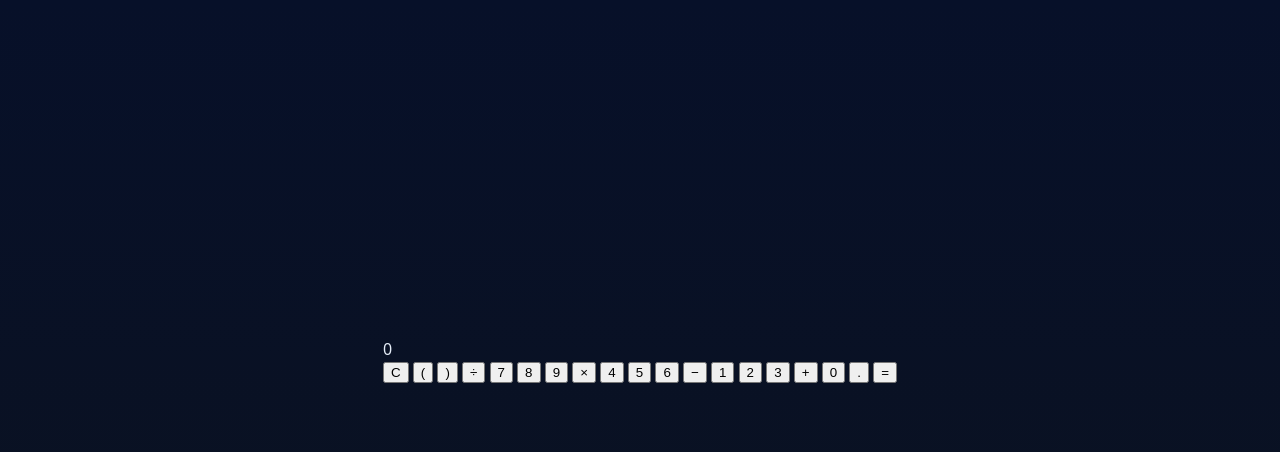
Repository: ShagunTomar2024/Frontend
Page: html/assignments/assignment2/index.html
An editor plug-in stored every save of this project. The page is shown before and after the next save, followed by the edit.
The browser window is 1280 px wide. The pictures show the whole page.

Above is the page before, as saved 2025-09-10 11:49:38.

### html/assignments/assignment2/index.html
<!doctype html>
<html lang="en">
<head>
<meta charset="utf-8" />
<meta name="viewport" content="width=device-width,initial-scale=1" />
<title>Grid Calculator UI (Demo)</title>
<link rel="stylesheet" href="style.css">
</head>
<body>

<div class="calculator" role="application" aria-label="Calculator">
  <div id="display" class="display" aria-live="polite">0</div>

  <!-- Row 1 -->
  <button class="btn clear" data-value="C" aria-label="Clear (C)">C</button>
  <button class="btn" data-value="(" aria-label="Left Parenthesis">(</button>
  <button class="btn" data-value=")" aria-label="Right Parenthesis">)</button>
  <button class="btn op" data-value="/" aria-label="Divide">÷</button>

  <!-- Row 2 -->
  <button class="btn" data-value="7">7</button>
  <button class="btn" data-value="8">8</button>
  <button class="btn" data-value="9">9</button>
  <button class="btn op" data-value="*" aria-label="Multiply">×</button>

  <!-- Row 3 -->
  <button class="btn" data-value="4">4</button>
  <button class="btn" data-value="5">5</button>
  <button class="btn" data-value="6">6</button>
  <button class="btn op" data-value="-" aria-label="Minus">−</button>

  <!-- Row 4 -->
  <button class="btn" data-value="1">1</button>
  <button class="btn" data-value="2">2</button>
  <button class="btn" data-value="3">3</button>
  <button class="btn op" data-value="+" aria-label="Plus">+</button>

  <!-- Row 5 -->
  <button class="btn span-2" data-value="0">0</button>
  <button class="btn" data-value=".">.</button>
  <button class="btn equal" data-value="=" aria-label="Equals">=</button>
</div>

</body>
</html>

### html/assignments/assignment2/style.css
 :root{
    --bg:#0f172a; --panel:#0b1220; --accent:#10b981; --muted:#94a3b8;
    --btn:#1f2937; --btn-op:#ef4444; --gap:10px;
  }
body{
    margin:0; min-height:100vh; display:flex; align-items:center; justify-content:center;
    background: linear-gradient(180deg,#071029,#0b1220); font-family:system-ui,Segoe UI,Roboto,"Helvetica Neue",Arial;
    color:#e6eef8;
  }

  /*.calculator{
    width: min(480px, 96vw);
    background: linear-gradient(180deg,#07172a,#091827);
    padding:18px;
    border-radius:14px;
    box-shadow: 0 10px 30px rgba(2,6,23,.6);
    display: grid;
    grid-template-columns: repeat(4, minmax(60px, 1fr)); */  /* 4 columns */
    /*grid-template-rows: minmax(72px, auto) repeat(5, 64px); *//* 1 display row + 5 button rows */
   /* gap: var(--gap);
  }

  /* Display */
  /*.display{
    grid-column: 1 / -1;   /* full width */
   /* background: linear-gradient(90deg,#0b1220,#07122a);
    border-radius:10px;
    padding: 12px 16px;
    display:flex; align-items:center; justify-content:flex-end;
    font-size: clamp(1.25rem, 3vw, 2rem);
    color: #e6eef8;
    box-shadow: inset 0 -6px 18px rgba(0,0,0,.6);
    overflow:hidden;
    word-break: break-all;
  }

  /* Buttons */
/*  .btn{
    border: none; outline: none;
    background: var(--btn);
    color: #e6eef8;
    font-size: 1.15rem;
    border-radius:10px;
    cursor: pointer;
    box-shadow: 0 4px 8px rgba(2,6,23,.45);
    transition: transform .08s ease, box-shadow .12s ease;
    display:flex; align-items:center; justify-content:center;
  }
  .btn:active{ transform: translateY(2px); box-shadow: 0 2px 6px rgba(2,6,23,.5); }

  .btn.op { background: linear-gradient(180deg,#ef4444,#dc2626); }
  .btn.equal { background: linear-gradient(180deg,#10b981,#059669); }

  /* Span two columns (e.g., 0) */
 /* .span-2 { grid-column: span 2; }

  /* small visual tweaks for clarity */
/*  .btn.clear { background: #334155; color: #f8fafc; font-weight:600; }

After the next save:
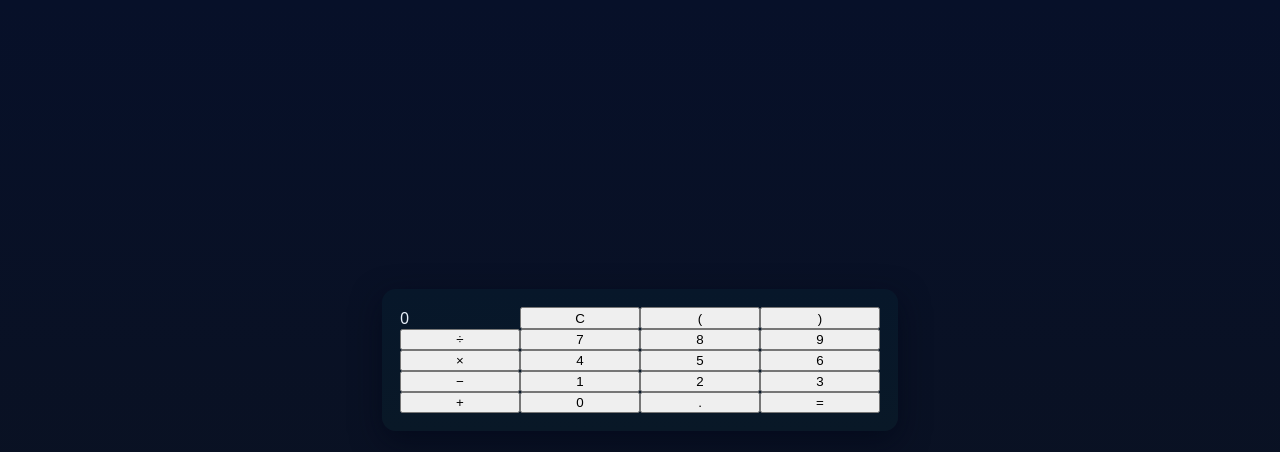
Saved 15 s later.
--- a/html/assignments/assignment2/style.css
+++ b/html/assignments/assignment2/style.css
@@ -8,7 +8,7 @@ body{
     color:#e6eef8;
   }
 
-  /*.calculator{
+  .calculator{
     width: min(480px, 96vw);
     background: linear-gradient(180deg,#07172a,#091827);
     padding:18px;
